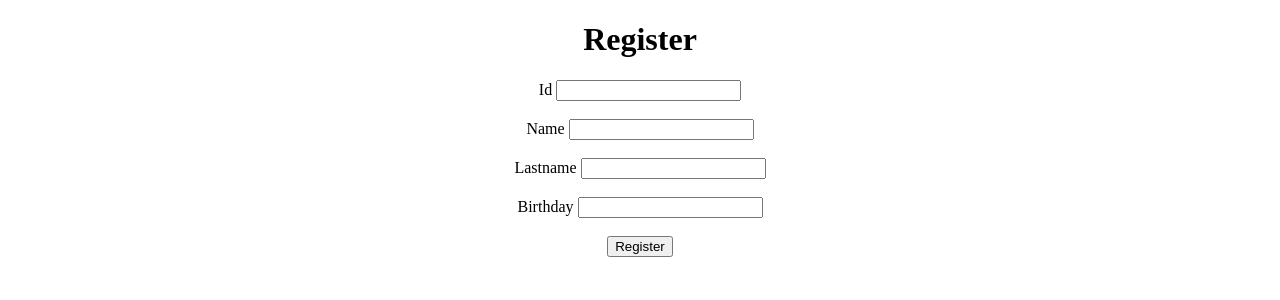
Repository: Danielcruz99/repo-aws-15
Page: register.html
An editor plug-in stored every save of this project. The page is shown before and after the next save, followed by the edit.
The browser window is 1280 px wide. The pictures show the whole page.

Above is the page before, as saved 2024-09-10 13:29:19.

After the next save:
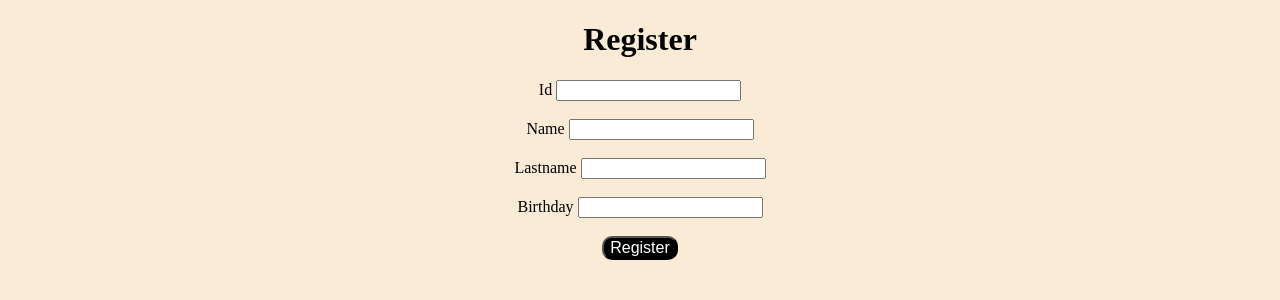
Saved 103 s later.
--- a/styleRegister.css
+++ b/styleRegister.css
@@ -1,4 +1,16 @@
 h1,form {
     text-align: center;
-    back
 }
+
+body {
+    background-color: antiquewhite;
+}
+
+
+button {
+    background-color: black;
+    color:white;
+    font-size: medium;
+    border-radius: 10px;
+    padding: ;
+}
